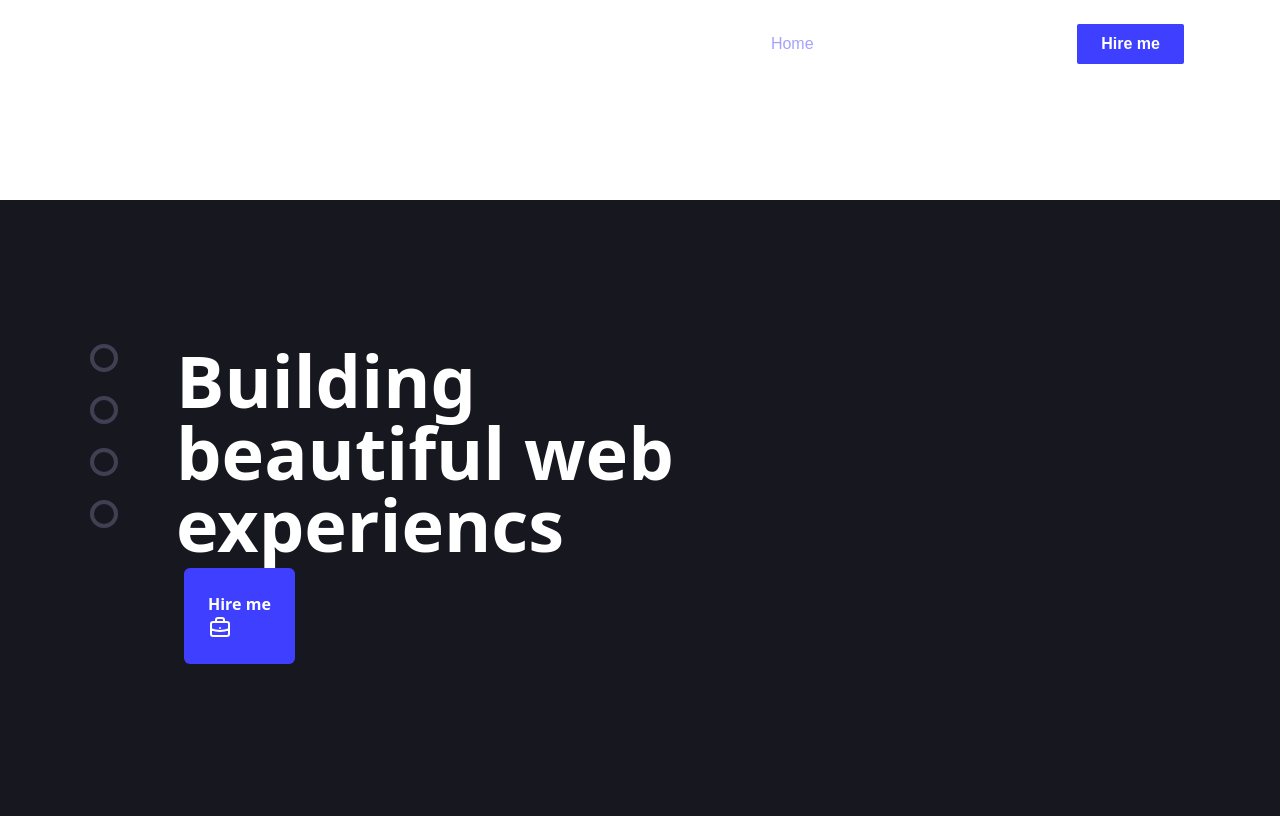
Repository: Alex0715/portfolio
Page: /
These files come from the project's save history. The page is drawn as it stood at one moment and after the next save; the edit follows.
The browser window is 1280 px wide. The pictures show the whole page.
The project was rebuilt for these pictures with package versions that can differ from the ones it lists, and the page was loaded fresh each time. The framework's server and built-in components were replaced by stand-ins that run in the browser. Also part of the build but not shown: next.config.js.

Above is the page before, as saved 2022-02-03 22:18:31.

### pages/index.js
import Head from 'next/head'
import Banner from './components/Banner'
import Header from './components/header'



export default function Home() {
  return (
    <div>
      <Header/>
      <body className='bg-body'>
        <Banner/>
      </body>
    </div>

  )
}

### styles/globals.css
@tailwind base;
@tailwind components;
@tailwind utilities;

body{
    scroll-behavior: smooth;
}
.left-50{
    left: 50%;
}
.right-50{
    right: 50%;
}
.top-50{
    top:50%;
}

.nav-dot:hover span{
    opacity:1;
}

### pages/components/Banner.js

function Banner() {
  return (<div className="container mt-16 flex justify-between items-center mx-auto text-white px-8 md:px-14 lg:px-24 w-full">
      <div className="flex flex-wrap md:flex-nowrap">
        <nav className="inline-block lg:mr-24 lg:w-4 fixed left-percentage hidden xl:block">
        <div className="absolute left-50 transform -translate-x-1/2 space-y-6 mt-36">
        <a href="#" className="nav-dot selected-circle block w-7 h-7 rounded-full border-4 border-nav bg-body hover:bg-theme">
        <span className="bg-black px-2 py-1 rounded-md ml-10 opacity-0">Home</span></a>

        <a href="#" className="nav-dot selected-circle block w-7 h-7 rounded-full border-4 border-nav bg-body hover:bg-theme">
        <span className="bg-black px-2 py-1 rounded-md ml-10 opacity-0">Works</span></a>

        <a href="#" className="nav-dot selected-circle block w-7 h-7 rounded-full border-4 border-nav bg-body hover:bg-theme">
        <span className="bg-black px-2 py-1 rounded-md ml-10 opacity-0">Clients</span></a>

        <a href="#" className="nav-dot selected-circle block w-7 h-7 rounded-full border-4 border-nav bg-body hover:bg-theme">
        <span className="bg-black px-2 py-1 rounded-md ml-10 opacity-0">Hire!</span></a>

        </div>
        </nav>
        <br/>

        <div className="flex flex-wrap lg:ml-20 justify-center md:justify-start max-w-xl mt-0 md:my-36">
          <h1 className="font-bold text-5xl md:text-6xl lg:text-7xl text-center md:text-left">Building <br/> beautiful web experiencs</h1>
          <div className="flex p-2">
          <a href="#"><button className="bg-theme px-6 py-6 font-bold rounded-md items-center">Hire me
          <svg xmlns="http://www.w3.org/2000/svg" className="h-6 w-6 " fill="none" viewBox="0 0 24 24" stroke="currentColor">
  <path strokeLinecap="round" strokeLinejoin="round" strokeWidth={2} d="M21 13.255A23.931 23.931 0 0112 15c-3.183 0-6.22-.62-9-1.745M16 6V4a2 2 0 00-2-2h-4a2 2 0 00-2 2v2m4 6h.01M5 20h14a2 2 0 002-2V8a2 2 0 00-2-2H5a2 2 0 00-2 2v10a2 2 0 002 2z" />
</svg>
          </button></a>
          </div>
          </div>

      </div>
      </div>


  )
}

export default Banner;

### pages/components/Header.js

function Header() {
  return (
  <div className="font-poppins pb-12 ">
  <header className="text-white container py-6 flex justify-between items-center mx-auto px-8 md:px-14 lg:px-24 w-full">
      <div className="text-white text-3xl">Chirantan Bose</div>
      <div className="hidden md:flex space-x-12 items-center">
        <a href="#" className="text-selected-text">Home</a>
        <a href="#">My Works</a>
        <a href="#">Clients</a>
        <a href="#"><button className="bg-theme px-6 py-2 font-bold rounded-sm">Hire me</button></a>
      </div>
      <div className="md:hidden text-white">
      <svg xmlns="http://www.w3.org/2000/svg" className="h-7 w-7" viewBox="0 0 20 20" fill="currentColor">
  <path fillRule="evenodd" d="M3 5a1 1 0 011-1h12a1 1 0 110 2H4a1 1 0 01-1-1zM3 10a1 1 0 011-1h12a1 1 0 110 2H4a1 1 0 01-1-1zM9 15a1 1 0 011-1h6a1 1 0 110 2h-6a1 1 0 01-1-1z" clipRule="evenodd" />
</svg>
      </div>
  </header>
  </div>
  )
}

export default Header;

Loaded but not shown: pages/_app.tsx (common file); tailwind.config.js (common file)

After the next save:
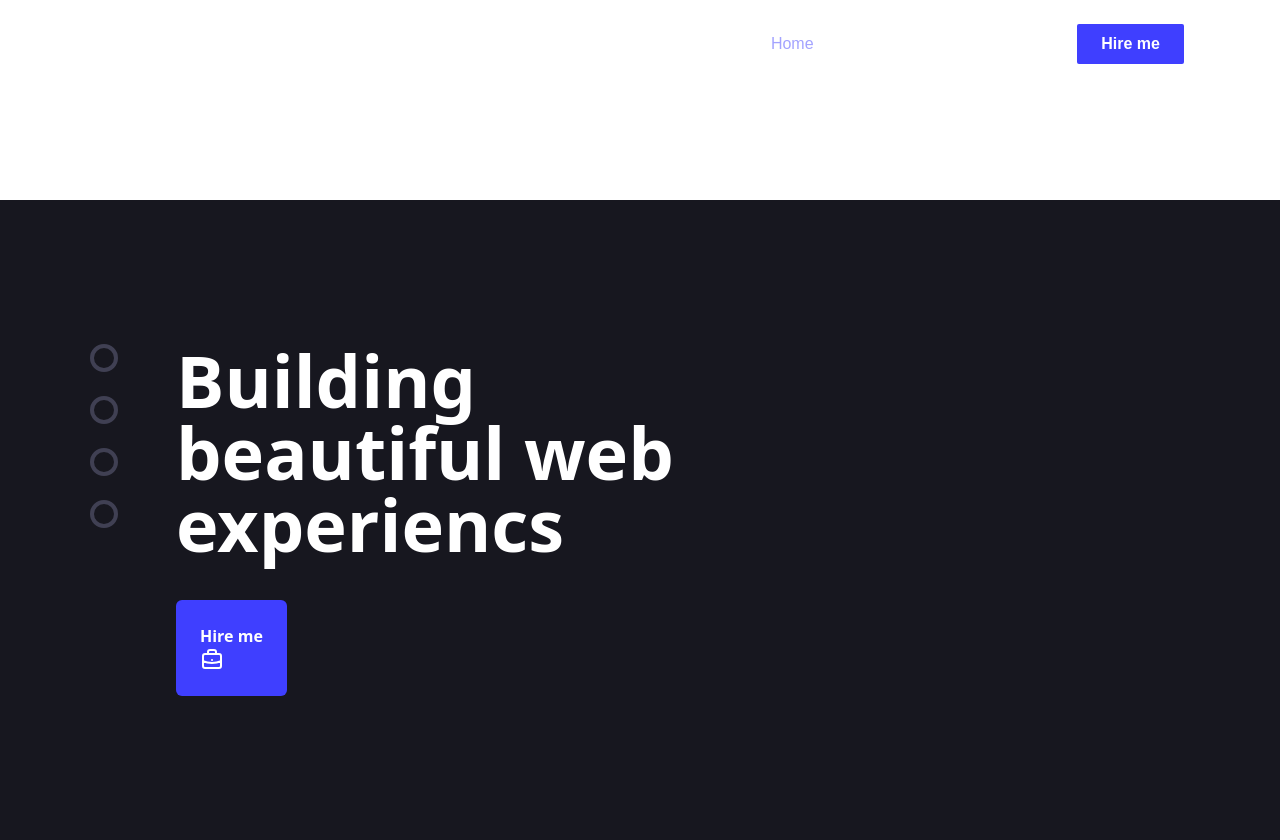
Saved 22 s later.
--- a/pages/components/Banner.js
+++ b/pages/components/Banner.js
@@ -22,7 +22,7 @@
 
         <div className="flex flex-wrap lg:ml-20 justify-center md:justify-start max-w-xl mt-0 md:my-36">
           <h1 className="font-bold text-5xl md:text-6xl lg:text-7xl text-center md:text-left">Building <br/> beautiful web experiencs</h1>
-          <div className="flex p-2">
+          <div className="flex mt-10">
           <a href="#"><button className="bg-theme px-6 py-6 font-bold rounded-md items-center">Hire me
           <svg xmlns="http://www.w3.org/2000/svg" className="h-6 w-6 " fill="none" viewBox="0 0 24 24" stroke="currentColor">
   <path strokeLinecap="round" strokeLinejoin="round" strokeWidth={2} d="M21 13.255A23.931 23.931 0 0112 15c-3.183 0-6.22-.62-9-1.745M16 6V4a2 2 0 00-2-2h-4a2 2 0 00-2 2v2m4 6h.01M5 20h14a2 2 0 002-2V8a2 2 0 00-2-2H5a2 2 0 00-2 2v10a2 2 0 002 2z" />
